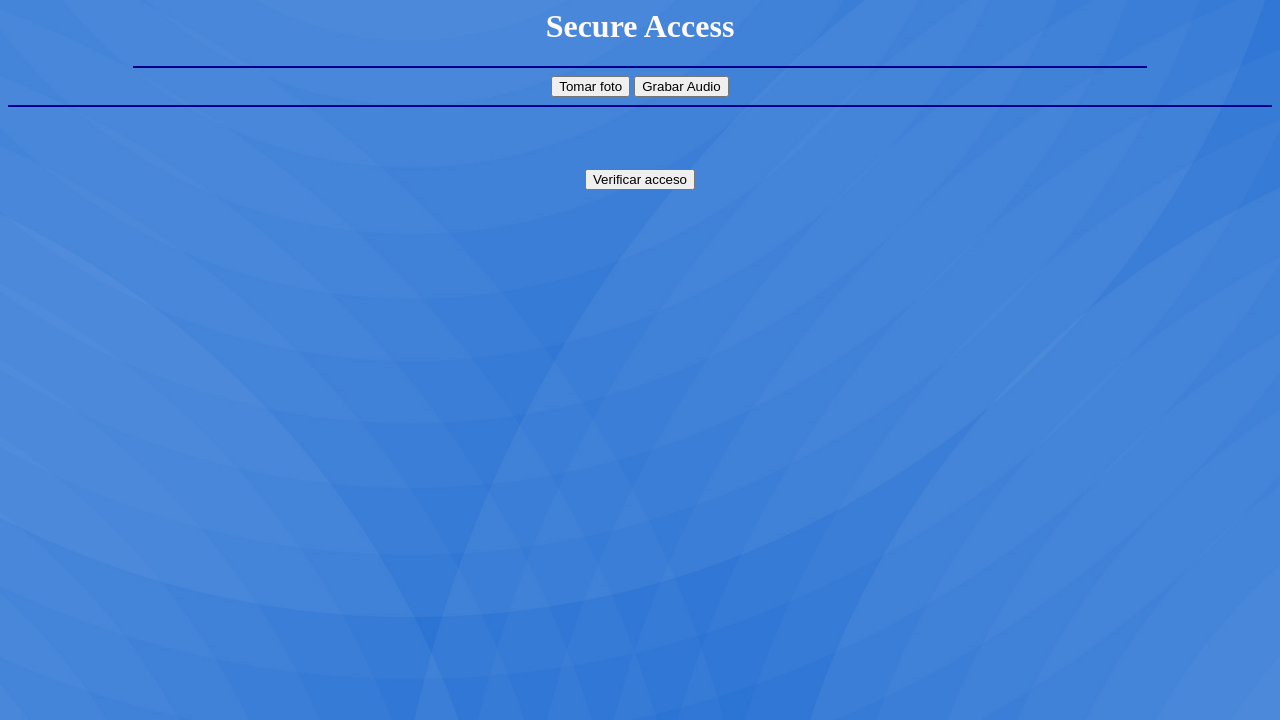
Repository: dabarreiroh/SECURE-ACCESS
Page: accessecure/templates/home/index.html
The author's editor kept a copy of each file at every save. The page is drawn from the files as they stood at one save, then again after a run of saves.
The browser window is 1280 px wide. The pictures show the whole page.

Above is the page before, as saved 2020-03-16 23:06:31.

### accessecure/templates/home/index.html
<html>
    <head>
        <link rel="stylesheet" href="./../../static/admin/css/index/index.css">
        <link href="https://fonts.googleapis.com/css?family=Roboto&display=swap" rel="stylesheet">
    </head>
<body>

<h1>Secure Access</h1>
<hr width="80%">
        <input type="button" value="Tomar foto" onClick="window.location.href='photo'">
        <input type="button" value="Grabar Audio" onClick="window.location.href='audio'">
        <hr>


        <br><br><br>
            <div>
                <input type="button" value="Verificar acceso" onClick="window.location.href='verified'">
            </div>
</body>
</html>

### accessecure/static/admin/css/index/index.css
*{
    text-align: center;
}

body{
    background-image: url(../../img/background.jpg);
    background-size: cover;
}

h1{
    color: snow;
}

hr{
    border: 1px solid darkblue;
}

After the next 2 saves:
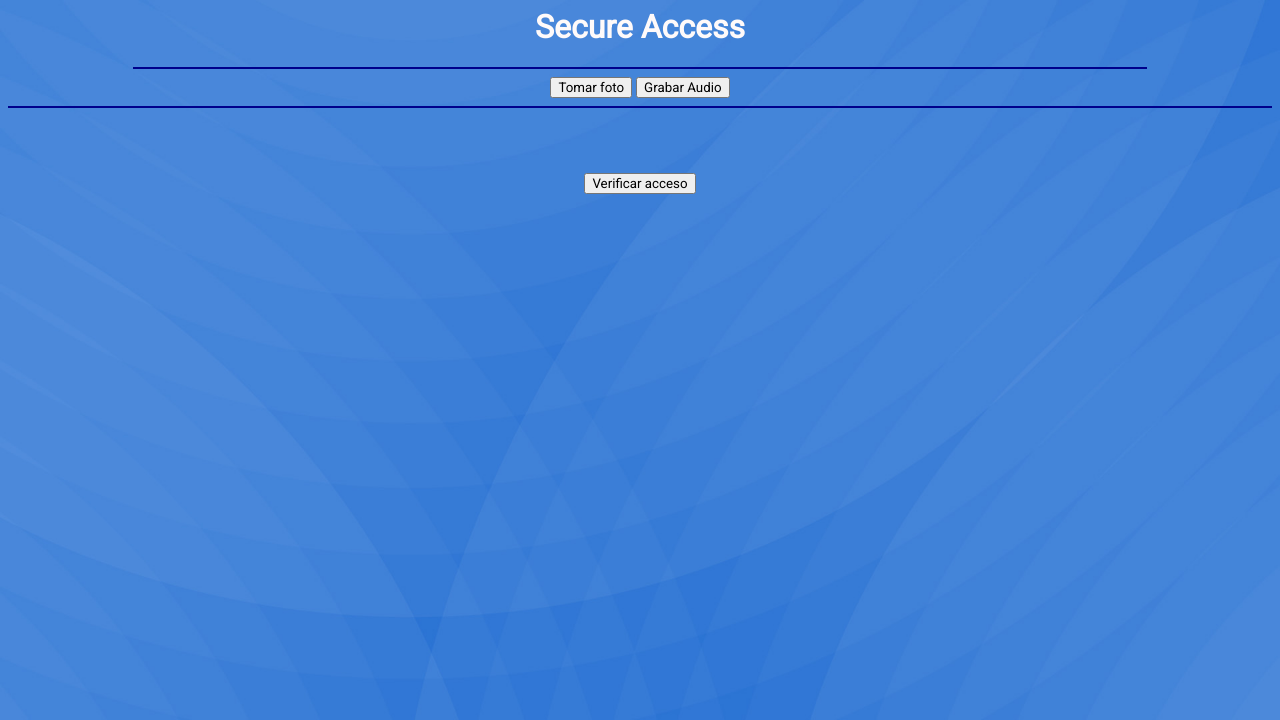
The 2 saves are shown as one change because they came seconds apart.
The last was saved 18 s later.
--- a/accessecure/static/admin/css/index/index.css
+++ b/accessecure/static/admin/css/index/index.css
@@ -1,5 +1,6 @@
 *{
     text-align: center;
+    font-family: 'Roboto', sans-serif;
 }
 
 body{
